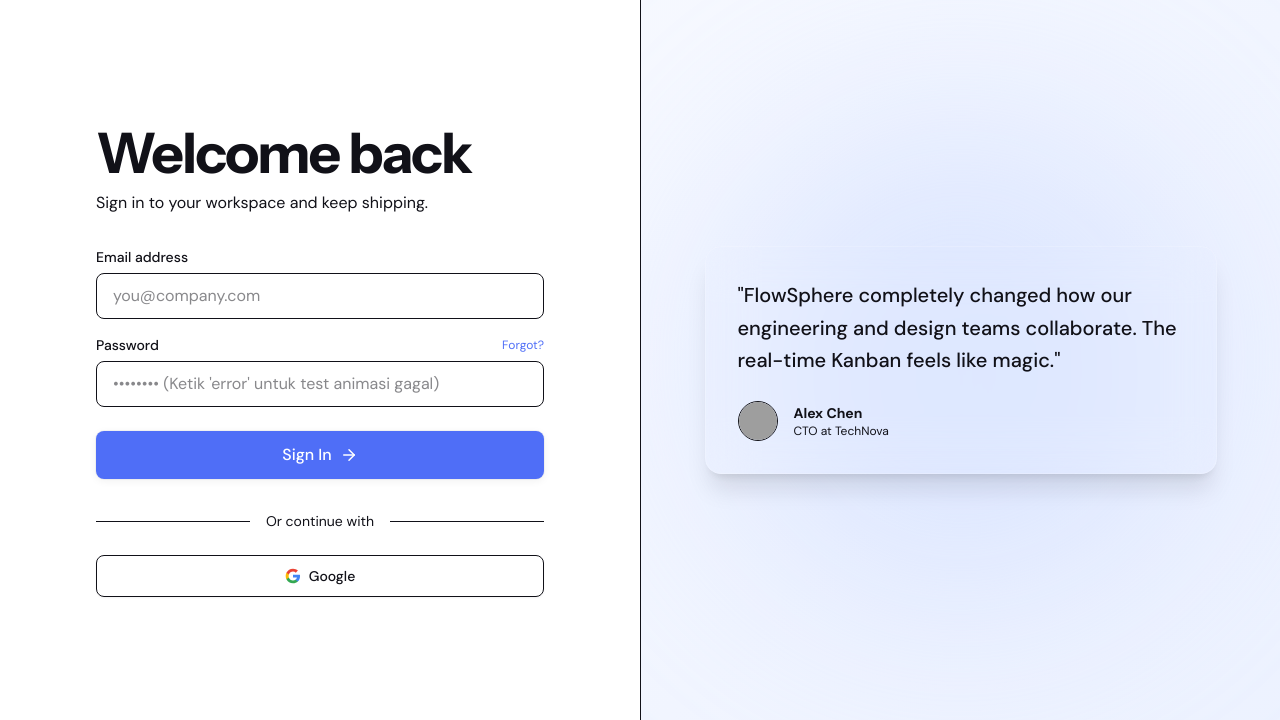
Repository: GiraldoNainggolan/flowshpere
Page: /login
These files come from the project's save history. The page is drawn as it stood at one moment and after the next save; the edit follows.
The browser window is 1280 px wide. The pictures show the whole page.
Pictures or frames that could not be fetched are drawn as grey boxes. The project was rebuilt for these pictures with package versions that can differ from the ones it lists, and the page was loaded fresh each time. The framework's server and built-in components were replaced by stand-ins that run in the browser. Also part of the build but not shown: next.config.ts.

Above is the page before, as saved 2026-06-07 00:49:08.

### app/layout.tsx
import type { Metadata } from "next";
import { Instrument_Sans, DM_Sans } from "next/font/google";
import "./globals.css";

// Menggunakan Instrument Sans untuk Heading/Display
const instrumentSans = Instrument_Sans({
  subsets: ["latin"],
  variable: "--font-display",
  display: "swap",
});

// Menggunakan DM Sans untuk Body/UI Text
const dmSans = DM_Sans({
  subsets: ["latin"],
  variable: "--font-body",
  weight: ["400", "500", "700"],
  display: "swap",
});

export const metadata: Metadata = {
  title: "FlowSphere | Real-time Project Management",
  description: "Ship projects faster, together. Premium Kanban workspace.",
};

export default function RootLayout({
  children,
}: Readonly<{
  children: React.ReactNode;
}>) {
  return (
    <html lang="en" className={`${instrumentSans.variable} ${dmSans.variable}`}>
      <body className="antialiased bg-surface text-text-primary min-h-screen flex flex-col">
        {children}
      </body>
    </html>
  );
}

### app/(auth)/login/page.tsx
"use client";

import React, { useRef, useState } from "react";
import gsap from "gsap";
import { ArrowRight } from "lucide-react";
import { useRouter } from "next/navigation"; // Hook untuk pindah halaman
import { toast } from "sonner"; // Untuk memunculkan notifikasi sukses

export default function LoginPage() {
  const router = useRouter();
  const formRef = useRef<HTMLFormElement>(null);
  const [email, setEmail] = useState("");
  const [password, setPassword] = useState("");
  const [isLoading, setIsLoading] = useState(false);

  // Fungsi Login Email
  const handleLogin = (e: React.FormEvent) => {
    e.preventDefault();
    setIsLoading(true);

    // Simulasi proses API call
    setTimeout(() => {
      setIsLoading(false);

      // Jika password salah (Simulasi)
      if (password === "error") {
        toast.error("Invalid email or password");
        gsap.to(".input-group", {
          keyframes: [{ x: -8 }, { x: 8 }, { x: -6 }, { x: 6 }, { x: -4 }, { x: 4 }, { x: 0 }],
          duration: 0.4,
          ease: "none"
        });
        return;
      }

      // Jika berhasil
      toast.success("Welcome back to FlowSphere! 🚀");
      router.push("/dashboard"); // Pindah ke halaman dashboard
    }, 1000);
  };

  // Fungsi Login Social
  const handleSocialLogin = (provider: string) => {
    toast.info(`Redirecting to ${provider}...`);
    setTimeout(() => {
      toast.success("Successfully authenticated!");
      router.push("/dashboard");
    }, 800);
  };

  return (
    <div className="min-h-screen flex">
      {/* Form Section (Kiri) */}
      <div className="w-full lg:w-1/2 flex items-center justify-center p-8 bg-surface">
        <div className="max-w-md w-full">
          <h1 className="text-display-xl tracking-tight mb-2">Welcome back</h1>
          <p className="text-text-secondary mb-8">Sign in to your workspace and keep shipping.</p>

          <form ref={formRef} onSubmit={handleLogin} className="space-y-4">
            <div className="input-group flex flex-col gap-1.5">
              <label className="text-sm font-medium text-text-secondary">Email address</label>
              <input
                type="email"
                value={email}
                onChange={(e) => setEmail(e.target.value)}
                className="w-full px-4 py-2.5 rounded-lg border border-border bg-surface-raise focus:outline-none focus:border-brand-500 focus:ring-1 focus:ring-brand-500 transition-shadow"
                placeholder="you@company.com"
                required
              />
            </div>

            <div className="input-group flex flex-col gap-1.5">
              <div className="flex justify-between items-center">
                <label className="text-sm font-medium text-text-secondary">Password</label>
                <span className="text-xs text-brand-500 hover:text-brand-600 cursor-pointer">Forgot?</span>
              </div>
              <input
                type="password"
                value={password}
                onChange={(e) => setPassword(e.target.value)}
                className="w-full px-4 py-2.5 rounded-lg border border-border bg-surface-raise focus:outline-none focus:border-brand-500 focus:ring-1 focus:ring-brand-500 transition-shadow"
                placeholder="•••••••• (Ketik 'error' untuk test animasi gagal)"
                required
              />
            </div>

            <button
              type="submit"
              disabled={isLoading}
              className="w-full mt-6 px-4 py-3 bg-brand-500 hover:bg-brand-600 text-white rounded-lg font-medium transition-transform active:scale-[0.98] disabled:opacity-70 flex justify-center items-center gap-2 shadow-sm"
            >
              {isLoading ? (
                <div className="w-5 h-5 border-2 border-white/30 border-t-white rounded-full animate-spin"></div>
              ) : (
                <>Sign In <ArrowRight size={18} /></>
              )}
            </button>
          </form>

          {/* Pemisah Garis */}
          <div className="mt-8 flex items-center">
            <div className="flex-1 border-t border-border-soft"></div>
            <div className="px-4 text-sm text-text-muted">Or continue with</div>
            <div className="flex-1 border-t border-border-soft"></div>
          </div>

          {/* Social Buttons yang sudah aktif & punya hover jelas */}
          <div className="mt-6 flex gap-3">
            <button
              type="button"
              onClick={() => handleSocialLogin("Google")}
              className="flex-1 py-2.5 border border-border rounded-lg bg-surface hover:bg-surface-float hover:border-border-soft transition-all duration-normal active:scale-95 font-medium text-sm flex justify-center items-center gap-2 cursor-pointer shadow-xs"
            >
              <svg className="w-4 h-4" viewBox="0 0 24 24" fill="none" xmlns="http://www.w3.org/2000/svg">
                <path d="M22.56 12.25c0-.78-.07-1.53-.2-2.25H12v4.26h5.92c-.26 1.37-1.04 2.53-2.21 3.31v2.77h3.57c2.08-1.92 3.28-4.74 3.28-8.09z" fill="#4285F4"/>
                <path d="M12 23c2.97 0 5.46-.98 7.28-2.66l-3.57-2.77c-.98.66-2.23 1.06-3.71 1.06-2.86 0-5.29-1.93-6.16-4.53H2.16v2.84C3.99 20.53 7.7 23 12 23z" fill="#34A853"/>
                <path d="M5.84 14.09c-.22-.66-.35-1.36-.35-2.09s.13-1.43.35-2.09V7.07H2.16C1.43 8.55 1 10.22 1 12s.43 3.45 1.16 4.93l3.68-2.84z" fill="#FBBC05"/>
                <path d="M12 5.38c1.62 0 3.06.56 4.21 1.64l3.15-3.15C17.45 2.09 14.97 1 12 1 7.7 1 3.99 3.47 2.16 7.07l3.68 2.84c.87-2.6 3.3-4.53 6.16-4.53z" fill="#EA4335"/>
              </svg>
              Google
            </button>

          </div>
        </div>
      </div>

      {/* Ambient Visual (Kanan) */}
      <div className="hidden lg:flex w-1/2 bg-surface-raise relative overflow-hidden items-center justify-center border-l border-border-soft">
        <div className="absolute inset-0 bg-linear-to-br from-brand-50 via-surface-raise to-brand-100 opacity-60"></div>
        <div className="w-125 h-125 bg-brand-200/40 blur-[100px] rounded-full absolute top-1/2 left-1/2 -translate-x-1/2 -translate-y-1/2"></div>

        <div className="relative z-10 max-w-lg p-8 bg-surface/60 backdrop-blur-xl border border-white/20 rounded-2xl shadow-xl">
          <p className="text-xl font-medium text-text-primary leading-relaxed mb-6">
            &quot;FlowSphere completely changed how our engineering and design teams collaborate. The real-time Kanban feels like magic.&quot;
          </p>
          <div className="flex items-center gap-4">
            <img
              src="https://images.unsplash.com/photo-1507003211169-0a1dd7228f2d?auto=format&fit=crop&w=150&q=80"
              alt="Alex Chen"
              className="w-10 h-10 rounded-full object-cover border border-border"
            />
            <div>
              <p className="text-sm font-bold text-text-primary">Alex Chen</p>
              <p className="text-xs text-text-secondary">CTO at TechNova</p>
            </div>
          </div>
        </div>
      </div>
    </div>
  );
}

### app/globals.css
@import "tailwindcss";

@theme {
  /* Brand Colors */
  --color-brand-50: #f0f4ff;
  --color-brand-100: #e0e9ff;
  --color-brand-200: #c1d2fe;
  --color-brand-500: #4f6ef7;
  --color-brand-600: #3a56e8;
  --color-brand-700: #2b41cc;
  --color-brand-900: #1a2875;

  /* Semantic Colors */
  --color-success: #22c55e;
  --color-warning: #f59e0b;
  --color-danger: #ef4444;
  --color-info: #3b82f6;

  /* Priority Colors */
  --color-priority-urgent: #ef4444;
  --color-priority-high: #f97316;
  --color-priority-medium: #eab308;
  --color-priority-low: #6b7280;
  --color-priority-none: #d1d5db;

  /* Easing Functions */
  --ease-spring: cubic-bezier(0.34, 1.56, 0.64, 1);
  --ease-smooth: cubic-bezier(0.25, 0.46, 0.45, 0.94);
  --ease-bounce: cubic-bezier(0.68, -0.55, 0.265, 1.55);

  /* Shadows */
  --shadow-xs: 0 1px 2px rgba(0,0,0,0.05);
  --shadow-sm: 0 2px 8px rgba(0,0,0,0.06), 0 0 0 1px rgba(0,0,0,0.04);
  --shadow-md: 0 4px 16px rgba(0,0,0,0.08), 0 0 0 1px rgba(0,0,0,0.04);
  --shadow-float: 0 24px 64px rgba(0,0,0,0.16);

  /* Font Families */
  --font-display: "Instrument Sans", sans-serif;
  --font-body: "DM Sans", "Neue Haas Grotesk", sans-serif;
  --font-mono: "Commit Mono", monospace;
}

@layer base {
  :root {
    --color-surface: #ffffff;
    --color-surface-raise: #f8f8fb;
    --color-surface-float: #f2f2f7;
    --color-border: #e4e4ea;
    --color-border-soft: #efeff4;
    --color-text-primary: #111118;
    --color-text-secondary: #5b5b6e;
    --color-text-muted: #9898ab;
  }

  [data-theme="dark"] {
    --color-surface: #0e0e14;
    --color-surface-raise: #16161e;
    --color-surface-float: #1d1d27;
    --color-border: #2a2a38;
    --color-border-soft: #222230;
    --color-text-primary: #f0f0f5;
    --color-text-secondary: #8a8a9e;
    --color-text-muted: #55556a;
  }

  body {
    background-color: var(--color-surface);
    color: var(--color-text-primary);
    font-family: var(--font-body);
    -webkit-font-smoothing: antialiased;
    -moz-osx-font-smoothing: grayscale;
    transition: background-color 0.3s ease, color 0.3s ease;
  }
}

@layer utilities {
  .text-display-2xl { font: 700 72px/1.05 var(--font-display); letter-spacing: -0.04em; }
  .text-display-xl  { font: 700 56px/1.08 var(--font-display); letter-spacing: -0.03em; }
  .text-display-lg  { font: 700 42px/1.1 var(--font-display); letter-spacing: -0.025em; }

  .text-mono { font: 500 13px/1 var(--font-mono); }
}

@keyframes shimmer {
  0% { background-position: -200% 0; }
  100% { background-position: 200% 0; }
}

.skeleton {
  background: linear-gradient(
    90deg,
    var(--color-surface-float) 25%,
    var(--color-border-soft) 50%,
    var(--color-surface-float) 75%
  );
  background-size: 200% 100%;
  animation: shimmer 1.5s ease-in-out infinite;
}

After the next save:
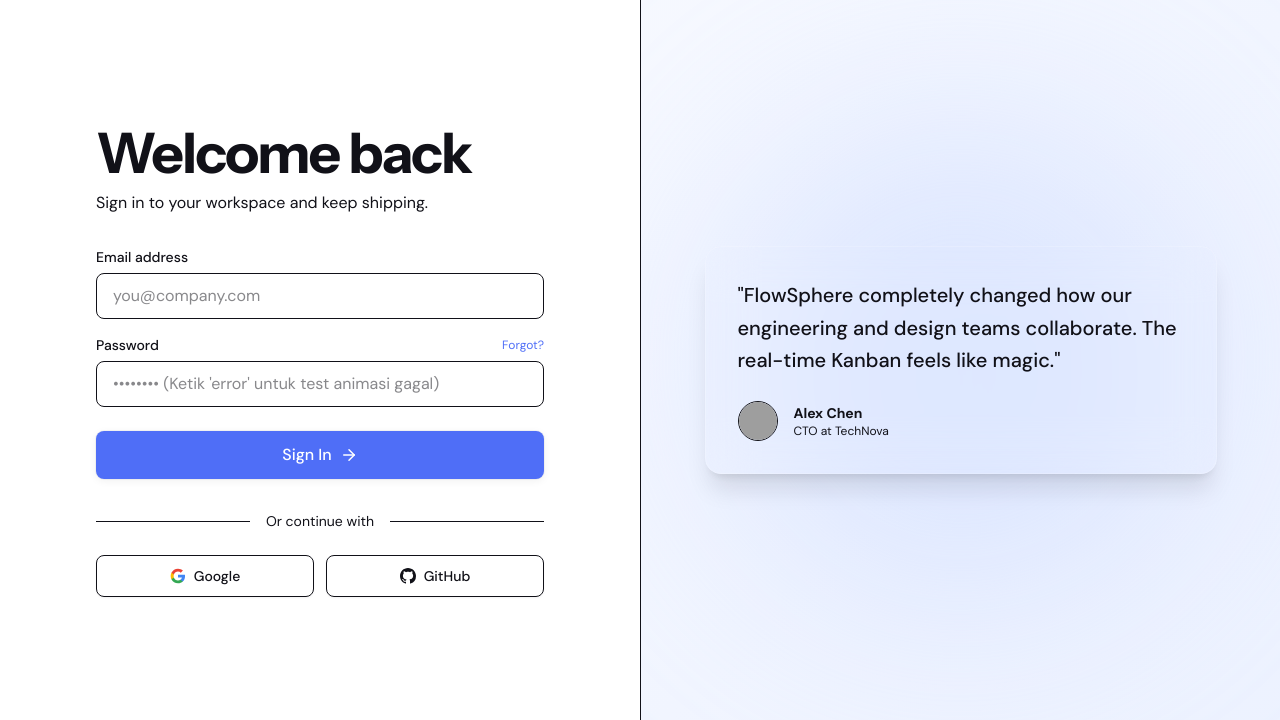
Saved 23 s later.
--- a/app/(auth)/login/page.tsx
+++ b/app/(auth)/login/page.tsx
@@ -119,7 +119,16 @@ export default function LoginPage() {
               </svg>
               Google
             </button>
-
+            <button
+              type="button"
+              onClick={handleSocialLogin}
+              className="flex-1 py-2.5 border border-border rounded-lg bg-surface hover:bg-surface-float hover:border-brand-200 transition-all active:scale-95 font-medium text-sm flex justify-center items-center gap-2 cursor-pointer shadow-xs"
+            >
+              <svg className="w-4 h-4 text-text-primary" viewBox="0 0 24 24" fill="currentColor" xmlns="http://www.w3.org/2000/svg">
+                <path d="M12 0C5.37 0 0 5.37 0 12c0 5.31 3.435 9.795 8.205 11.385.6.105.825-.255.825-.57 0-.285-.015-1.23-.015-2.235-3.015.555-3.795-.735-4.035-1.41-.135-.345-.72-1.41-1.23-1.695-.42-.225-1.02-.78-.015-.795.945-.015 1.62.87 1.845 1.23 1.08 1.815 2.805 1.305 3.495.99.105-.78.42-1.305.765-1.605-2.67-.3-5.46-1.335-5.46-5.925 0-1.305.465-2.385 1.23-3.225-.12-.3-.54-1.53.12-3.18 0 0 1.005-.315 3.3 1.23.96-.27 1.98-.405 3-.405s2.04.135 3 .405c2.295-1.56 3.3-1.23 3.3-1.23.66 1.65.24 2.88.12 3.18.765.84 1.23 1.905 1.23 3.225 0 4.605-2.805 5.625-5.475 5.925.435.375.81 1.095.81 2.22 0 1.605-.015 2.895-.015 3.3 0 .315.225.69.825.57A12.02 12.02 0 0024 12c0-6.63-5.37-12-12-12z" />
+              </svg>
+              GitHub
+            </button>
           </div>
         </div>
       </div>
